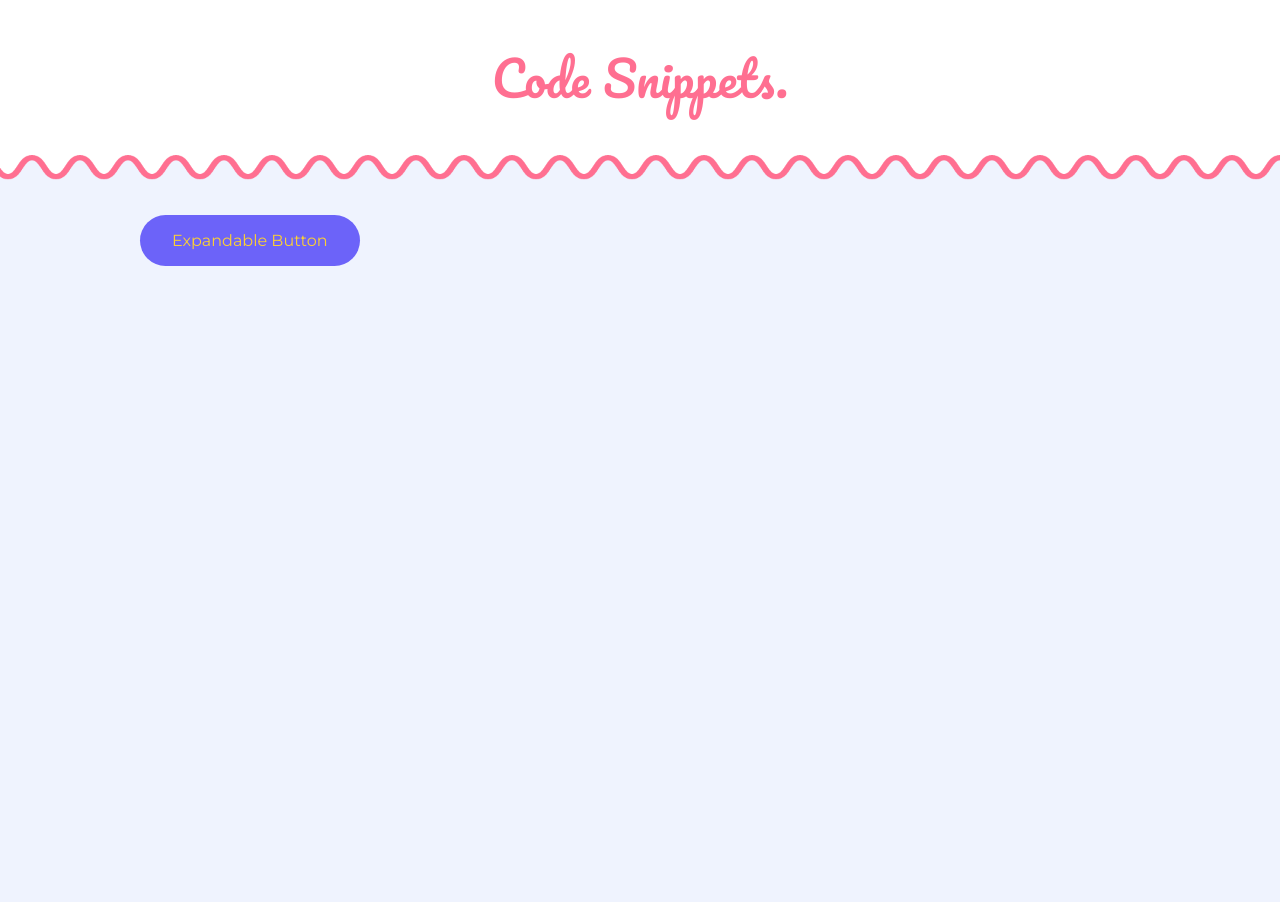
Repository: vikatgen/code-snippets
Page: index.html
The author's editor kept a copy of each file at every save. The page is drawn from the files as they stood at one save, then again after the next save.
The browser window is 1280 px wide. The pictures show the whole page.
The style sheet was rebuilt from its Sass, Less or Tailwind sources for each picture, by a compiler version that may differ from the author's.

Above is the page before, as saved 2020-03-30 23:48:07.

### index.html
<!DOCTYPE html>
<html lang="en">
  <head>
    <meta charset="UTF-8" />
    <meta name="viewport" content="width=device-width, initial-scale=1.0" />
    <link rel="stylesheet" href="/css/normalize.css" />
    <link rel="stylesheet" href="/css/mainpage-styles.css" />
    <title>Code Snippets</title>
  </head>
  <body>
    <section id="heading-section">
      <div class="container">
        <div class="header-wrapper">
          <span>Code Snippets.</span>
        </div>
      </div>
    </section>
    <section id="page-break">
      <img src="/assets/page-snip.png" alt="" />
    </section>
    <section class="links-section">
      <div class="container">
        <div class="link-wrapper">
          <a href="/expandable-button/expandable-button.html"
            >Expandable Button</a
          >
        </div>
      </div>
    </section>
  </body>
</html>

### css/mainpage-styles.scss
@import url("https://fonts.googleapis.com/css?family=Montserrat:400,600,700|Pacifico&display=swap");

$heading: "Pacifico", cursive;
$ff-normal: "Montserrat", sans-serif;
$text-color: #fdd032;
$heading-color: #ff6f91;

.container {
  width: 90%;
  max-width: 1000px;
  margin: auto;
}

.link-wrapper {
  padding-top: 50px;
  a {
    text-decoration: none;
    font-family: $ff-normal;
    color: $text-color;
    font-family: 600;
    background: #6c63f9;
    padding: 16px 32px;
    border-radius: 50px;
  }
}

.header-wrapper {
  width: 100%;
  text-align: center;
  margin: 50px 0px;
  span {
    font-family: $heading;
    font-size: 3rem;
    color: $heading-color;
  }
}

#page-break {
  width: 100vw;
  height: auto;
  overflow: hidden;
  margin-bottom: -8px;
  img {
    width: 100%;
  }
}

.links-section {
  width: 100vw;
  height: 100vh;
  background: #eff3fe;
}

Loaded but not shown: css/normalize.css (library)

After the next save:
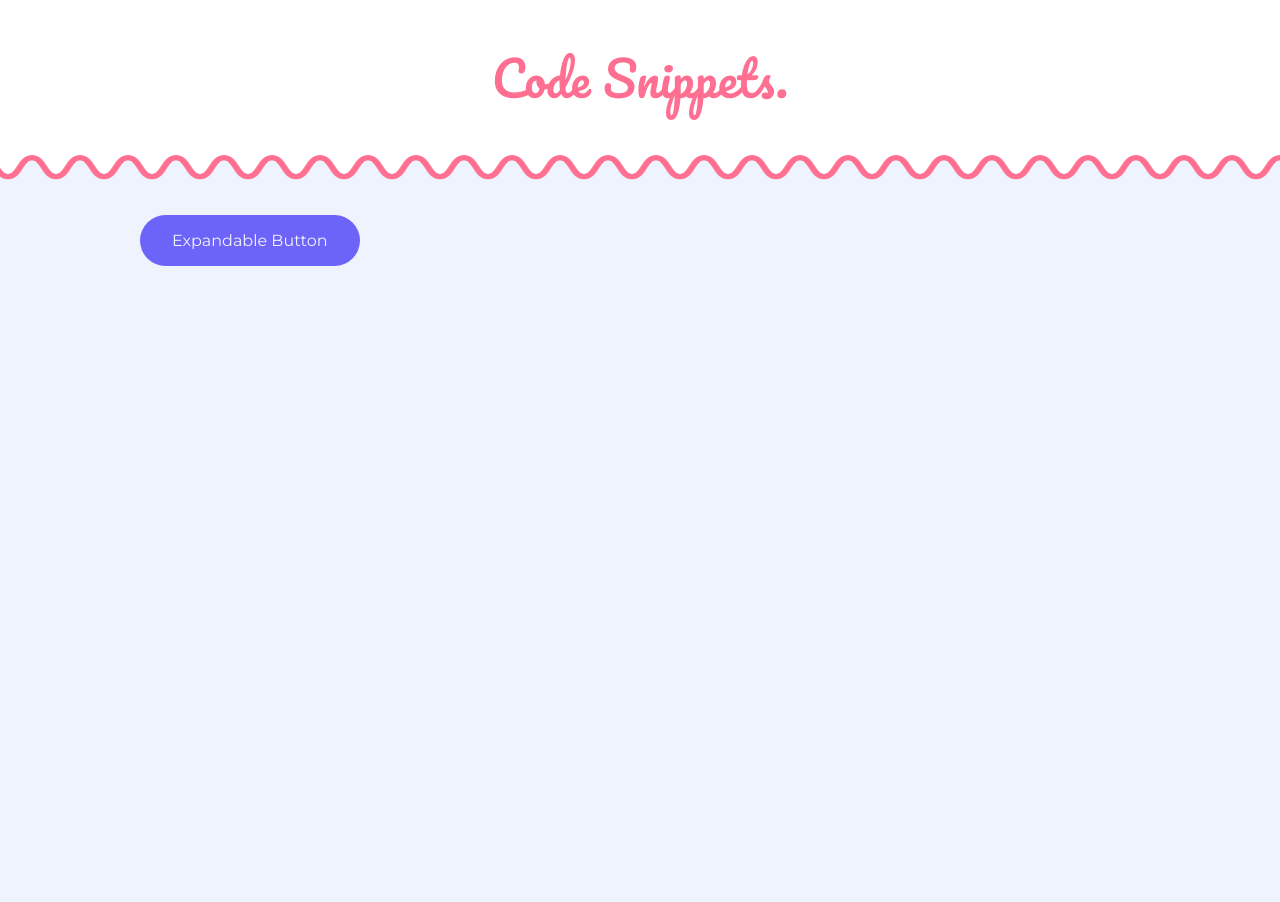
Saved 2 min 31 s later.
--- a/css/mainpage-styles.scss
+++ b/css/mainpage-styles.scss
@@ -2,7 +2,7 @@
 
 $heading: "Pacifico", cursive;
 $ff-normal: "Montserrat", sans-serif;
-$text-color: #fdd032;
+$text-color: #eff3fe;
 $heading-color: #ff6f91;
 
 .container {
